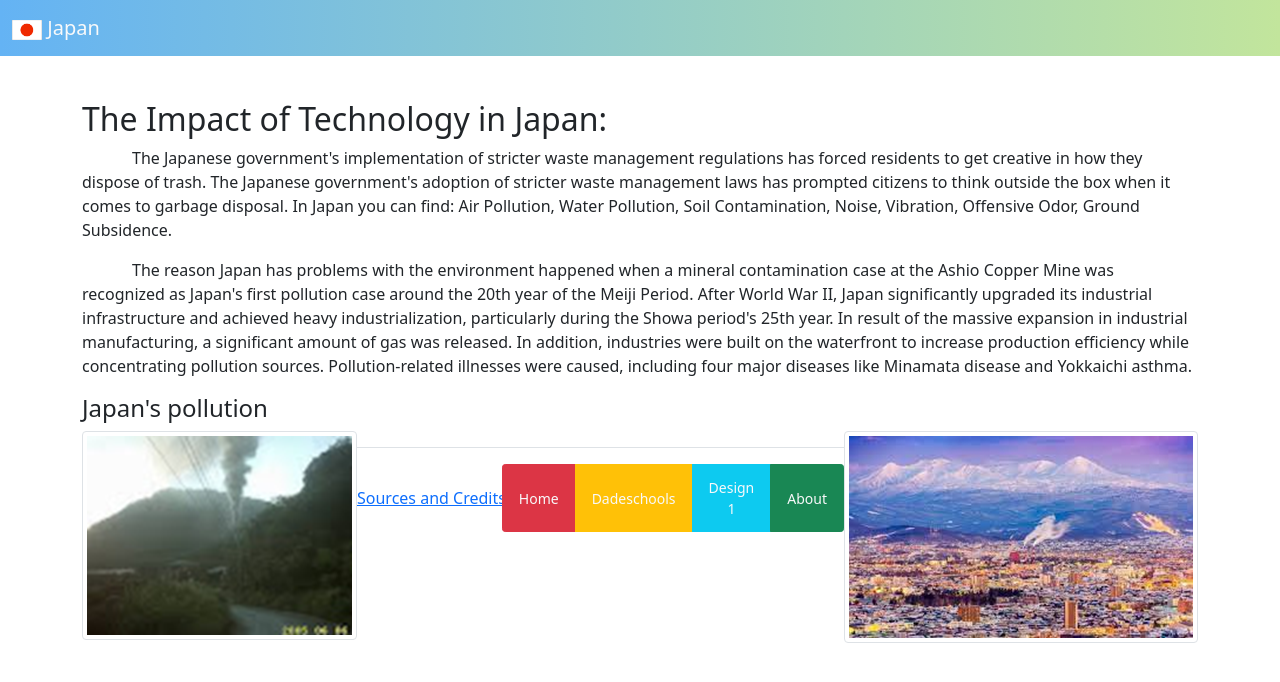
Repository: mrchilliballs/mrchilliballs.github.io
Page: untitled-2.html
These files come from the project's save history. The page is drawn as it stood at one moment and after a run of saves; the edit follows.
The browser window is 1280 px wide. The pictures show the whole page.

Above is the page before, as saved 2021-09-02 18:55:21.

After the next 2 saves:
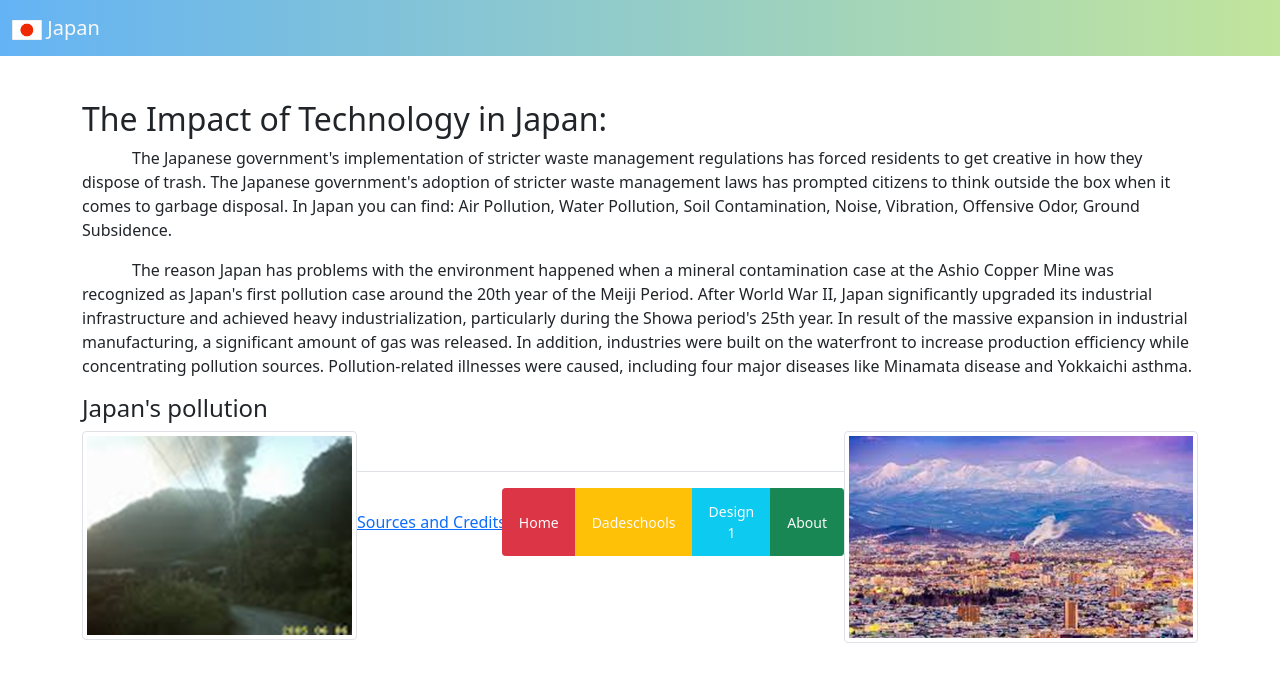
The 2 saves are shown as one change because they came seconds apart.
The last was saved 21 s later.
--- a/untitled-2.html
+++ b/untitled-2.html
@@ -38,6 +38,7 @@
     <h4>Japan's pollution</h4>
     <img src="Picture3.png" class="rounded float-start img-thumbnail img-fluid" alt="...">
     <img src="Picture4.png" class="rounded float-end img-thumbnail img-fluid" alt="...">
+    <div class="mb-5"></div>
         <div class="container">
             <footer class="d-flex flex-wrap justify-content-between align-items-center py-3 my-4 border-top" style="">
               <div class="dropdown">

After the save that followed:
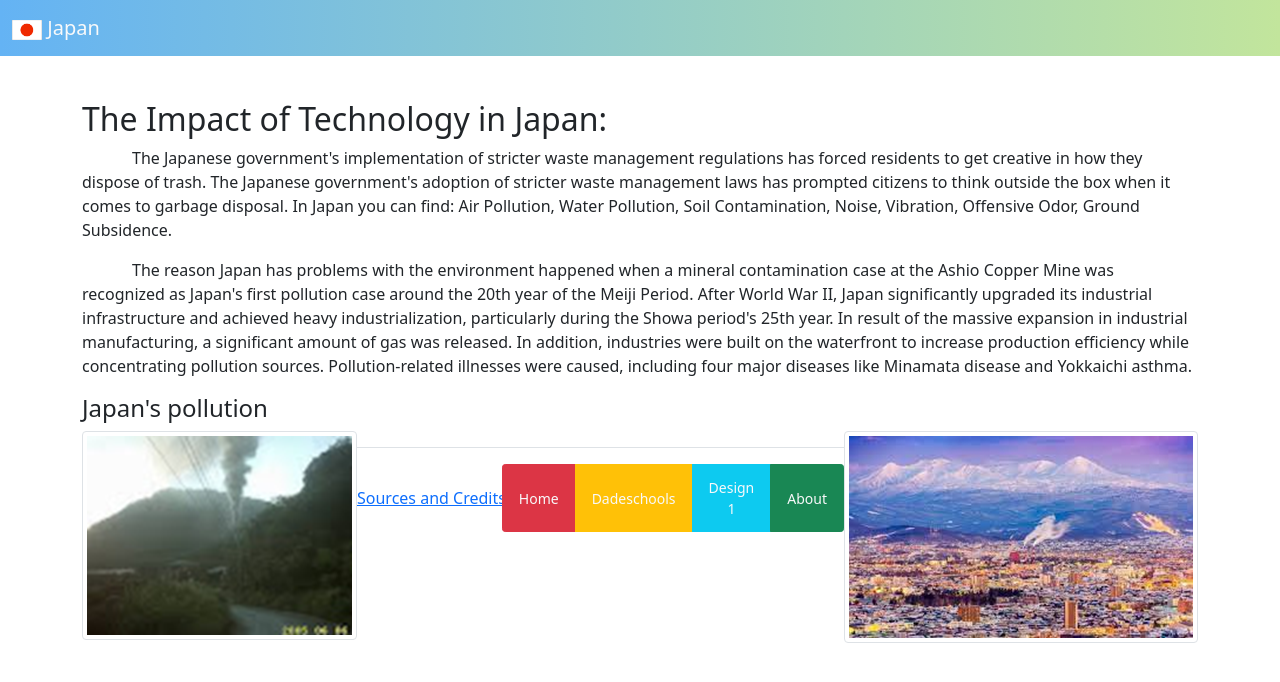
Saved 9 s later.
--- a/untitled-2.html
+++ b/untitled-2.html
@@ -38,7 +38,7 @@
     <h4>Japan's pollution</h4>
     <img src="Picture3.png" class="rounded float-start img-thumbnail img-fluid" alt="...">
     <img src="Picture4.png" class="rounded float-end img-thumbnail img-fluid" alt="...">
-    <div class="mb-5"></div>
+    <div style=""></div>
         <div class="container">
             <footer class="d-flex flex-wrap justify-content-between align-items-center py-3 my-4 border-top" style="">
               <div class="dropdown">
